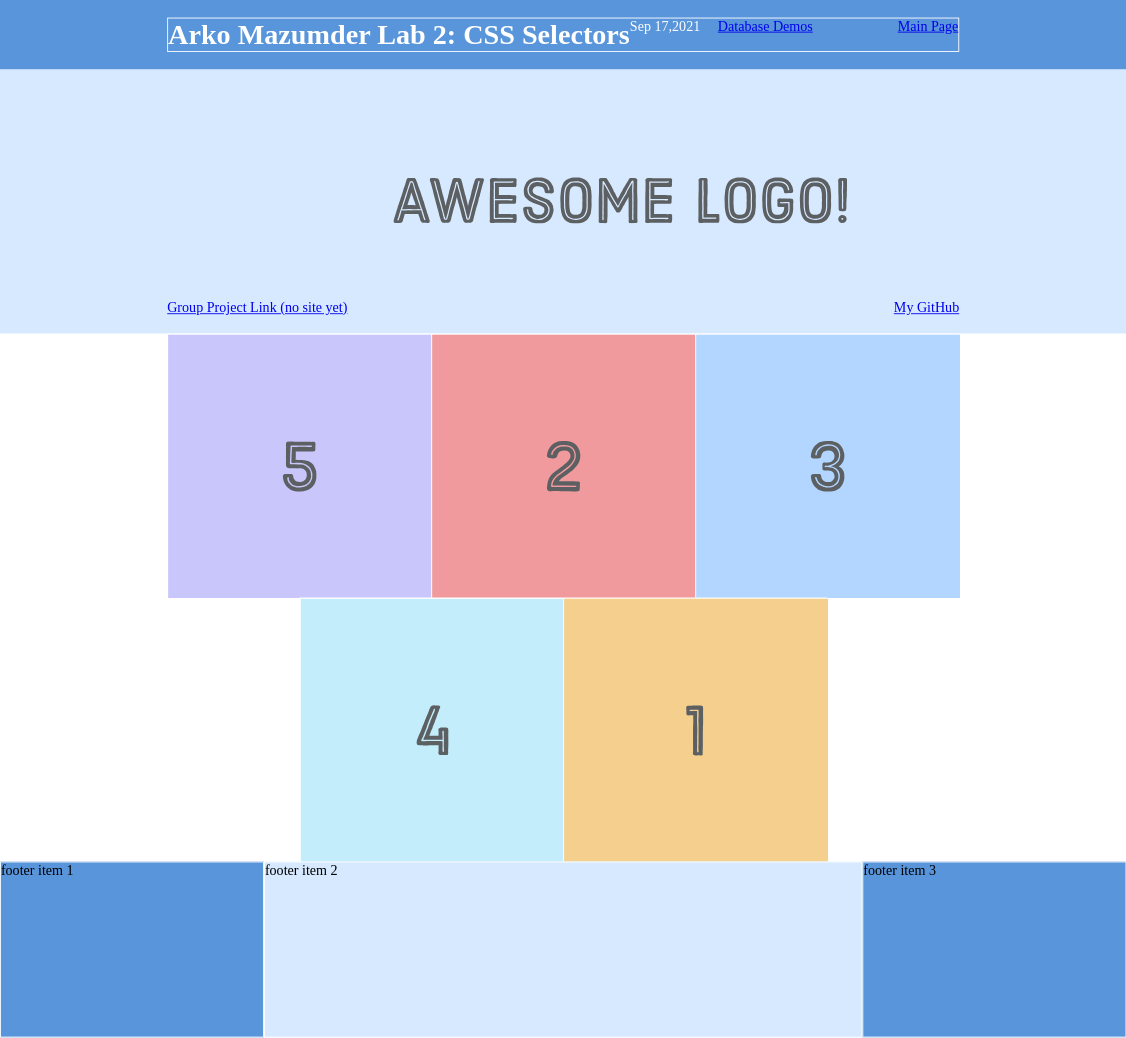
Repository: arkomz/INST377-Lab-Work
Page: client/lab_3/index.html
The author's editor kept a copy of each file at every save. The page is drawn from the files as they stood at one save, then again after the next save.
The browser window is 1280 px wide. The pictures show the whole page, at 88% of full size.

Above is the page before, as saved 2021-09-17 14:24:23.

### client/lab_3/index.html
<!DOCTYPE html>
<html lang='en'>
  <head>
    <meta charset='UTF-8'/>
    <title>Arko Mazumder</title>
    <link rel='stylesheet' href='styles.css'/>
  </head>
  <body>
    <div class='menu-container'>
      <div class='menu'>
        <h1 class='title'> Arko Mazumder Lab 2: CSS Selectors</h1>
        <div class='date'>Sep 17,2021</div>

              <div class='login'> <a href = 'data.html'> Database Demos </a> </div>
              <div class='signup'> <a href = 'index.html'> Main Page </a> </div>

      </div>
      </div>

      <div class='header-container'>
            <div class='header'>
            <div class='subscribe'> <a href =  "https://INST377Group4.com"> Group Project Link (no site yet)</a></div>
            <div class='logo'><img src='images/awesome-logo.svg'/></div>
            <div class='social'> <a href = "https://github.com/arkomz"> My GitHub </a> </div>
          </div>
        </div>

    <div class='photo-grid-container'>
              <div class='photo-grid'>
                <div class='photo-grid-item first-item'>
                  <img src='images/one.svg'/>
                </div>
                <div class='photo-grid-item'>
                  <img src='images/two.svg'/>
                </div>
                <div class='photo-grid-item'>
                  <img src='images/three.svg'/>
                </div>
                <div class='photo-grid-item'>
                  <img src='images/four.svg'/>
                </div>
                <div class='photo-grid-item last-item'>
                  <img src='images/five.svg'/>
                </div>
              </div>
            </div>

            <div class='footer'>
            <div class='footer-item Footer One footer-one'> footer item 1</div>
            <div class='footer-item footer-two'> footer item 2</div>
            <div class='footer-item footer-three'> footer item 3</div>
          </div>
  </body>

### client/lab_3/styles.css
* {
    margin: 0;
    padding: 0;
    box-sizing: border-box;
  }

  .menu-container {
    color: #fff;
    background-color: #5995DA;  /* Blue */
    padding: 20px 0;
    display: flex;
    justify-content: center;
  }

  .menu {
    border: 1px solid #fff;
    width: 900px;
    display: flex;
    justify-content: space-between;
  }

  .links {
    border: 1px solid #fff;  /* For debugging */
    display: flex;
    justify-content: flex-end;
  }

  .login {
    margin-left: 20px;
  }

  .header-container {
    color: #5995DA;
    background-color: #D6E9FE;
    display: flex;
    justify-content: center;
  }

  .header {
    width: 900px;
    height: 300px;
    display: flex;
    justify-content: space-between;
    align-items: center;
  }

  .photo-grid-container {
    display: flex;
    justify-content: center;
  }

  .photo-grid {
    width: 900px;
    display: flex;
    justify-content: center;
    flex-wrap: wrap;
    flex-direction: row;
    align-items: center;
  }

  .photo-grid-item {
    border: 1px solid #fff;
    width: 300px;
    height: 300px;
  }

  .first-item {
    order: 1;
  }

  .last-item {
    order: -1;
  }

  .social,
  .subscribe {
    align-self: flex-end;
    margin-bottom: 20px;
    }

    .footer {
        display: flex;
        justify-content: space-between;
      }

  .footer-item {
    border: 1px solid #fff;
    background-color: #D6E9FE;
    height: 200px;
    flex: 1;
  }

  .footer-three {
    flex: 2;
  }

  .footer-one,
  .footer-three {
    background-color: #5995DA;
    flex: initial;
    width: 300px;
  }

  .signup {
       color: #fff;
    margin-left: auto;
  }

After the next save:
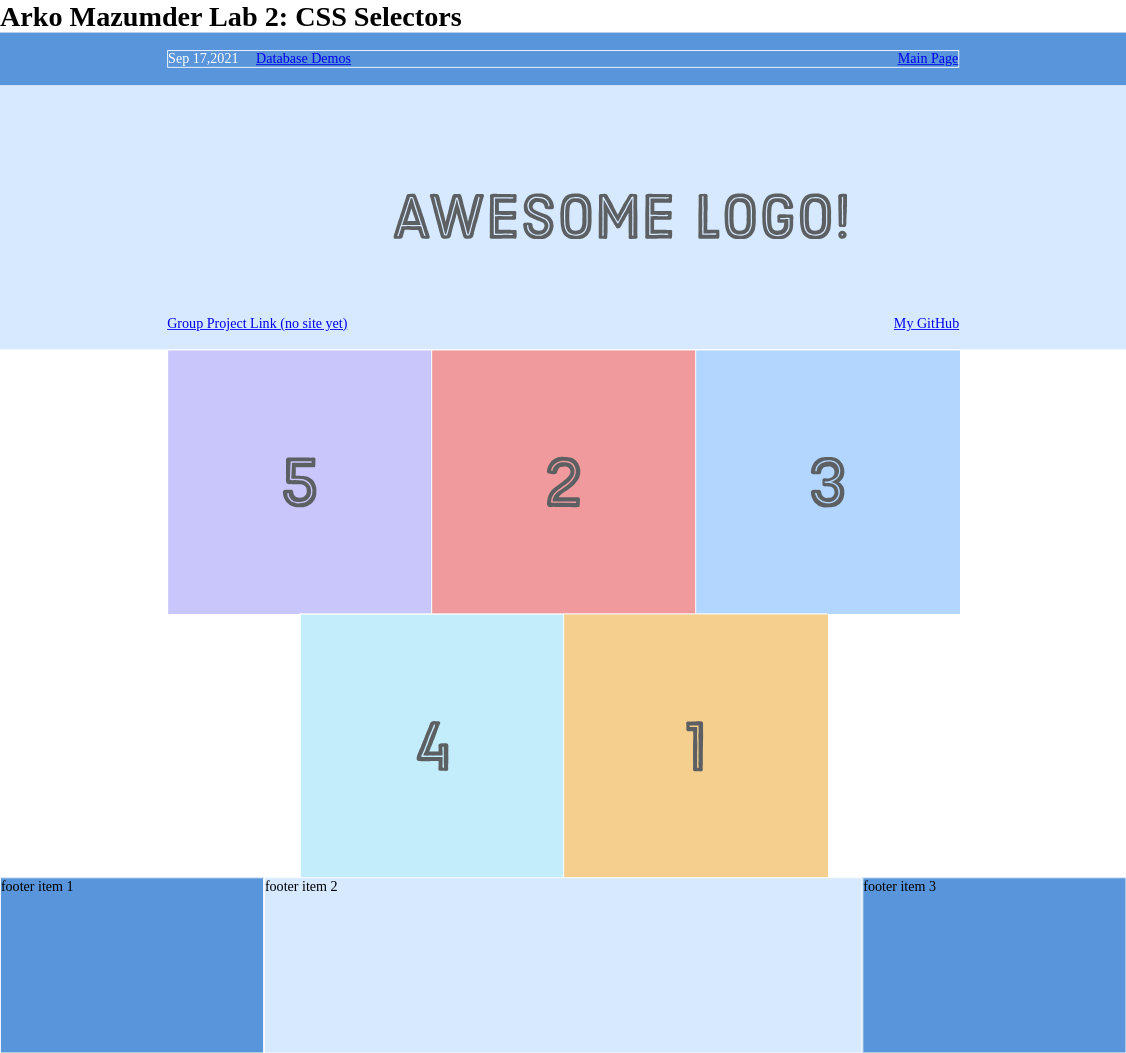
Saved 21 s later.
--- a/client/lab_3/index.html
+++ b/client/lab_3/index.html
@@ -6,9 +6,9 @@
     <link rel='stylesheet' href='styles.css'/>
   </head>
   <body>
+    <h1 class='title'> Arko Mazumder Lab 2: CSS Selectors</h1>
     <div class='menu-container'>
       <div class='menu'>
-        <h1 class='title'> Arko Mazumder Lab 2: CSS Selectors</h1>
         <div class='date'>Sep 17,2021</div>
 
               <div class='login'> <a href = 'data.html'> Database Demos </a> </div>
